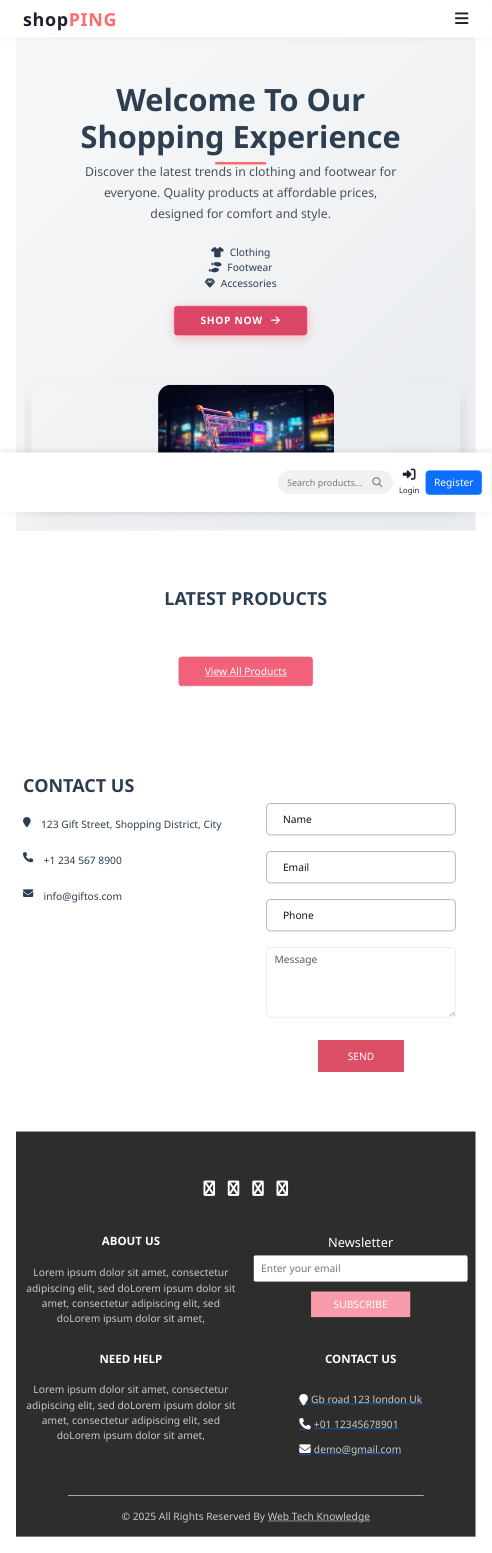
Repository: hahuuchinh2501/ecommerce_project
Page: http://localhost/
An editor plug-in stored every save of this project. The page is shown before and after the next save, followed by the edit.
The browser window is 768 px wide. The pictures show the whole page, at 64% of full size.
The page is served by the project's Laravel application, run on PHP 8.4 with Laravel 12. Other server files are loaded and not shown. Queries for data that is not in the repository find no rows.

Above is the page before, as saved 2025-04-09 15:52:50.

### routes/web.php
<?php

use App\Http\Controllers\AdminController;
use App\Http\Controllers\ProfileController;
use App\Http\Controllers\ShopController;
use Illuminate\Support\Facades\Route;

use App\Http\Controllers\HomeController;

route::get('/',[HomeController::class,'home']);

route::get('/dashboard',[HomeController::class,'login_home'])->middleware(['auth', 'verified'])->name('dashboard');

Route::get('/myorders', [HomeController::class, 'myorders'])->middleware(['auth', 'verified']);

// Route::get('/dashboard', function () {
//     return view('home.index');
// })->middleware(['auth', 'verified'])->name('dashboard');

Route::middleware('auth')->group(function () {
    Route::get('/profile', [ProfileController::class, 'edit'])->name('profile.edit');
    Route::patch('/profile', [ProfileController::class, 'update'])->name('profile.update');
    Route::delete('/profile', [ProfileController::class, 'destroy'])->name('profile.destroy');
});

require __DIR__.'/auth.php';


route::get('admin/dashboard',[HomeController::class,'index'])->middleware(['auth','admin']);

route::get('view_category',[AdminController::class,'view_category'])->middleware(['auth','admin']);

route::post('add_category',[AdminController::class,'add_category'])->middleware(['auth','admin']);

route::get('delete_category/{id}',[AdminController::class,'delete_category'])->middleware(['auth','admin']);

route::get('edit_category/{id}',[AdminController::class,'edit_category'])->middleware(['auth','admin']);

route::post('update_category/{id}',[AdminController::class,'update_category'])->middleware(['auth','admin']);



route::get('view_brand',[AdminController::class,'view_brand'])->middleware(['auth','admin']);

route::post('add_brand',[AdminController::class,'add_brand'])->middleware(['auth','admin']);

route::get('delete_brand/{id}',[AdminController::class,'delete_brand'])->middleware(['auth','admin']);

route::get('edit_brand/{id}',[AdminController::class,'edit_brand'])->middleware(['auth','admin']);

route::post('update_brand/{id}',[AdminController::class,'update_brand'])->middleware(['auth','admin']);



route::get('add_product',[AdminController::class,'add_product'])->middleware(['auth','admin']);

route::post('upload_product',[AdminController::class,'upload_product'])->middleware(['auth','admin']);

route::get('view_product',[AdminController::class,'view_product'])->middleware(['auth','admin']);


route::get('delete_product/{id}',[AdminController::class,'delete_product'])->middleware(['auth','admin']);

route::get('update_product/{id}',[AdminController::class,'update_product'])->middleware(['auth','admin']);

route::post('edit_product/{id}',[AdminController::class,'edit_product'])->middleware(['auth','admin']);

route::get('product_search',[AdminController::class,'product_search'])->middleware(['auth','admin']);

Route::get('product_details/{id}', [HomeController::class, 'product_details']);

Route::get('add_cart/{id}', [HomeController::class, 'add_cart'])->middleware(['auth', 'verified']);

Route::post('add_cart/{id}', [HomeController::class, 'add_cart'])->middleware(['auth', 'verified']);

Route::get('mycart', [HomeController::class, 'mycart'])->middleware(['auth', 'verified']);

Route::get('remove_cart/{id}', [HomeController::class, 'remove_cart']);

Route::post('update_cart_quantity/{id}', [HomeController::class, 'update_cart_quantity']);


Route::get('view_shop', [HomeController::class, 'view_shop']);

Route::post('confirm_order', [HomeController::class, 'confirm_order'])->middleware(['auth', 'verified']);

Route::get('view_orders', [AdminController::class, 'view_order'])->middleware(['auth', 'admin']);

Route::get('on_delivery/{id}', [AdminController::class, 'on_delivery'])->middleware(['auth', 'admin']);

Route::get('delivered/{id}', [AdminController::class, 'delivered'])->middleware(['auth', 'admin']);

Route::get('print_pdf/{id}', [AdminController::class, 'print_pdf'])->middleware(['auth', 'admin']);

Route::get('view_users', [AdminController::class, 'view_users'])->middleware(['auth', 'admin']);
Route::get('delete_user/{id}', [AdminController::class, 'delete_user'])->middleware(['auth', 'admin']);

Route::get('delete_order/{id}', [HomeController::class, 'delete_order'])->name('delete_order');

Route::controller(HomeController::class)->group(function(){

    Route::get('stripe/{total}', 'stripe');

    Route::post('stripe', 'stripePost')->name('stripe.post');

});

Route::get('view_contact', [HomeController::class, 'view_contact']);

Route::get('search', [HomeController::class, 'search']);

### app/Models/Product.php
<?php

namespace App\Models;

use Illuminate\Database\Eloquent\Factories\HasFactory;
use Illuminate\Database\Eloquent\Model;

class Product extends Model
{
    use HasFactory;

    protected $fillable = [
        'title',
        'description',
        'price',
        'image1',
        'image2',
        'image3',
        'category_id'
    ];

    public function category()
    {
        return $this->belongsTo(Category::class);
    }
}

### resources/views/home/index.blade.php
<!DOCTYPE html>
<html>

<head>
  @include('home.css')
</head>

<body>
  <div class="hero_area">
    <!-- header section strats -->
   @include('home.header')
    <!-- end header section -->
    <!-- slider section -->
    @include('home.slider')

    <!-- end slider section -->
  </div>
  <!-- end hero area -->

  <!-- shop section -->

    @include('home.product')

  <!-- end shop section -->







  <!-- contact section -->

  @include('home.contact')
  <!-- end contact section -->



  <!-- info section -->

 @include('home.footer')

</body>

</html>

### resources/views/home/header.blade.php
<!DOCTYPE html>
<html lang="en">
<head>
  <meta charset="UTF-8">
  <meta name="viewport" content="width=device-width, initial-scale=1.0">
  <title>shopPING - Fashion Store</title>
  <link href="https://cdnjs.cloudflare.com/ajax/libs/font-awesome/6.0.0-beta3/css/all.min.css" rel="stylesheet">
  @include('home.css')
</head>
<body>
  <header class="header">
    <div class="container">
      <nav class="navbar">
        <div class="brand">
          <a href="{{ url('/') }}" class="logo">shop<span>PING</span></a>
        </div>

        <div class="mobile-toggle">
          <i class="fas fa-bars"></i>
        </div>

        <ul class="nav-menu">
          <li class="nav-item">
            <a href="{{ url('/') }}" class="nav-link">Home</a>
          </li>
          <li class="nav-item dropdown">
            <a href="{{ url('view_shop') }}" class="nav-link">Shop</a>

          </li>

          <li class="nav-item">
            <a href="{{ url('view_contact') }}" class="nav-link">Contact Us</a>
          </li>
        </ul>

        <div class="user-actions">
          @if (Route::has('login'))
            @auth
              <a href="{{ url('myorders') }}" class="action-btn">
                <i class="fas fa-list-ul"></i>
                <span>Orders</span>
              </a>
              <a href="{{ url('mycart') }}" class="action-btn">
                <i class="fas fa-shopping-bag"></i>
                <span>Cart</span>
                <span class="cart-count">{{ $count }}</span>
              </a>
              <form class="search-form" action="{{ url('search') }}" method="GET">
    <input type="text" class="search-input" name="search_text" placeholder="Search products..." required>
    <button type="submit" class="search-btn">
        <i class="fas fa-search"></i>
    </button>
</form>



              <form method="POST" action="{{ route('logout') }}" class="logout-form">
                @csrf
                <button type="submit" class="logout-btn">
                  <i class="fas fa-sign-out-alt"></i>
                  <span>Logout</span>
                </button>
              </form>
              <a style="margin-left: 20px;" href="{{ url('/profile') }}">welcome: {{ Auth::user()->name }}</a>

            @else
              <form class="search-form" action="{{ url('search') }}" method="GET">
    <input type="text" class="search-input" name="search_text" placeholder="Search products..." required>
    <button type="submit" class="search-btn">
        <i class="fas fa-search"></i>
    </button>
</form>

              <a href="{{ url('/login') }}" class="action-btn" style="margin: 10px;">
                <i class="fas fa-sign-in-alt"></i>
                <span>Login</span>
              </a>
              <a href="{{ url('/register') }}" class="btn btn-primary">Register</a>
            @endauth
          @endif
        </div>
      </nav>
    </div>
  </header>

  <script>

    window.addEventListener('scroll', function() {
      const header = document.querySelector('.header');
      if (window.scrollY > 50) {
        header.classList.add('header-scrolled');
      } else {
        header.classList.remove('header-scrolled');
      }
    });


    const mobileToggle = document.querySelector('.mobile-toggle');
    const navMenu = document.querySelector('.nav-menu');

    if (mobileToggle) {
      mobileToggle.addEventListener('click', function() {
        navMenu.classList.toggle('active');
      });
    }


    const dropdowns = document.querySelectorAll('.dropdown');

    dropdowns.forEach(dropdown => {
      dropdown.addEventListener('click', function(e) {
        if (window.innerWidth < 992) {
          e.preventDefault();
          this.classList.toggle('active');
        }
      });
    });
  </script>
</body>
</html>

### resources/views/home/slider.blade.php
<!DOCTYPE html>
<html lang="en">
<head>
  <meta charset="UTF-8">
  <meta name="viewport" content="width=device-width, initial-scale=1.0">
  <title>Enhanced Shopping Slider</title>
  <link href="https://cdnjs.cloudflare.com/ajax/libs/font-awesome/6.4.0/css/all.min.css" rel="stylesheet">
  <link href="https://cdnjs.cloudflare.com/ajax/libs/bootstrap/5.3.0/css/bootstrap.min.css" rel="stylesheet">
  <style>
    :root {
      --primary-color: #ff6b6b;
      --secondary-color: #546de5;
      --text-color: #2c3e50;
      --light-color: #f8f9fa;
    }

    body {
      font-family: 'Segoe UI', Tahoma, Geneva, Verdana, sans-serif;
      color: var(--text-color);
    }

    .slider_section {
      padding-top: 70px;
      background: linear-gradient(135deg, #f8f9fa 0%, #e9ecef 100%);
      min-height: 90vh;
      display: flex;
      align-items: center;
    }

    .detail-box {
      padding: 2rem 1rem 2rem 3rem;
    }

    .detail-box h1 {
      font-size: 3.5rem;
      font-weight: 700;
      margin-bottom: 1.5rem;
      color: var(--text-color);
      line-height: 1.2;
      position: relative;
    }

    .detail-box h1::after {
      content: '';
      position: absolute;
      left: 0;
      bottom: -15px;
      height: 4px;
      width: 80px;
      background-color: var(--primary-color);
      border-radius: 2px;
    }

    .detail-box p {
      font-size: 1.2rem;
      line-height: 1.7;
      color: #495057;
      margin-bottom: 2rem;
      max-width: 500px;
    }

    .detail-box a {
      display: inline-block;
      padding: 12px 30px;
      background-color: var(--primary-color);
      color: white;
      text-decoration: none;
      border-radius: 30px;
      font-weight: 600;
      letter-spacing: 1px;
      transition: all 0.3s ease;
      box-shadow: 0 5px 15px rgba(255, 107, 107, 0.4);
    }

    .detail-box a:hover {
      background-color: var(--secondary-color);
      transform: translateY(-3px);
      box-shadow: 0 8px 20px rgba(84, 109, 229, 0.5);
    }

    .img-box {
      position: relative;
      overflow: hidden;
      border-radius: 20px;
      box-shadow: 0 15px 30px rgba(0, 0, 0, 0.1);
    }

    .img-box img {
      width: 100%;
      height: auto;
      transition: transform 0.5s ease;
      object-fit: cover;
      border-radius: 20px;
    }

    .img-box:hover img {
      transform: scale(1.05);
    }



    .category-badge:hover {
      background-color: var(--primary-color);
      color: white;
    }

    .category-badge i {
      margin-right: 5px;
    }

    .scroll-down {
      position: absolute;
      bottom: 30px;
      left: 50%;
      transform: translateX(-50%);
      display: flex;
      flex-direction: column;
      align-items: center;
      color: var(--text-color);
      animation: bounce 2s infinite;
    }

    @keyframes bounce {
      0%, 20%, 50%, 80%, 100% {
        transform: translateY(0) translateX(-50%);
      }
      40% {
        transform: translateY(-15px) translateX(-50%);
      }
      60% {
        transform: translateY(-10px) translateX(-50%);
      }
    }

    @media (max-width: 992px) {
      .detail-box h1 {
        font-size: 2.8rem;
      }

      .slider_section {
        padding-top: 50px;
        min-height: auto;
      }
    }

    @media (max-width: 768px) {
      .detail-box {
        padding: 2rem 1rem;
        text-align: center;
        order: 2;
      }

      .detail-box h1 {
        font-size: 2.5rem;
      }

      .detail-box h1::after {
        left: 50%;
        transform: translateX(-50%);
      }

      .detail-box p {
        margin: 0 auto 2rem auto;
      }

      .img-box {
        margin-bottom: 2rem;
        order: 1;
      }

      .category-badges {
        justify-content: center;
      }
    }
  </style>
</head>
<body>
  <section class="slider_section">
    <div class="container">
      <div id="carouselExampleIndicators" class="carousel slide" data-bs-ride="carousel">
        <div class="carousel-inner">
          <div class="carousel-item active">
            <div class="container">
              <div class="row align-items-center">
                <div class="col-lg-7 col-md-12">
                  <div class="detail-box">
                    <h1>Welcome To Our <br>Shopping Experience</h1>
                    <p>Discover the latest trends in clothing and footwear for everyone. Quality products at affordable prices, designed for comfort and style.</p>

                    <div class="category-badges">
                      <div class="category-badge">
                        <i class="fas fa-tshirt"></i> Clothing
                      </div>
                      <div class="category-badge">
                        <i class="fas fa-shoe-prints"></i> Footwear
                      </div>
                      <div class="category-badge">
                        <i class="fas fa-gem"></i> Accessories
                      </div>
                    </div>

                    <a href="{{ url('view_shop') }}" class="mt-4">Shop Now <i class="fas fa-arrow-right ms-2"></i></a>
                  </div>
                </div>
                <div class="col-lg-5 col-md-12">
                  <div class="img-box">
                    <img src="/images/image3.jpeg" alt="Fashion Collection" />
                  </div>
                </div>
              </div>
            </div>
          </div>
        </div>
      </div>
    </div>
    <div class="scroll-down">
      <span>Scroll Down</span>
      <i class="fas fa-chevron-down mt-2"></i>
    </div>
  </section>

  <script src="https://cdnjs.cloudflare.com/ajax/libs/bootstrap/5.3.0/js/bootstrap.bundle.min.js"></script>
</body>
</html>

### resources/views/home/product.blade.php
 <section class="shop_section layout_padding">
    <div class="container">
      <div class="heading_container heading_center">
        <h2>
          Latest Products
        </h2>
      </div>
      <div class="row">
        @foreach($product as $products )


        <div class="col-sm-6 col-md-4 col-lg-3">
          <div class="box">

              <div class="img-box">
                <img src="products/{{ $products->image1 }}" alt="">
              </div>
              <div class="detail-box">
                <h6>
                  {{ $products->title }}
                </h6>
                <h6>
                  Price
                  <span>
                    {{ $products->price }}
                  </span>
                </h6>
              </div>

            <div style="padding:15px">
              <a class="btn btn-dark" style="color: white" href="{{ url('product_details', $products->id) }}">
                Details
              </a>
               <a class="btn btn-white" style="border: 1px solid " href="{{ url('add_cart', $products->id) }}">
                add cart
              </a>
          </div>
          </div>
        </div>
        @endforeach
        </div>
      </div>
      <div class="btn-box">
        <a href="{{ url('view_shop') }}">
          View All Products
        </a>
      </div>
    </div>
  </section>

### resources/views/home/contact.blade.php
<section class="contact_section py-5">
  <div class="container">
    <div class="row">
      <div class="col-md-6">
        <div class="heading_container mb-4">
          <h2>Contact Us</h2>
        </div>
        <div class="contact_info">
          <div class="info_item d-flex mb-3">
            <i class="fa fa-map-marker mr-3" aria-hidden="true"></i>
            <p>123 Gift Street, Shopping District, City</p>
          </div>
          <div class="info_item d-flex mb-3">
            <i class="fa fa-phone mr-3" aria-hidden="true"></i>
            <p>+1 234 567 8900</p>
          </div>
          <div class="info_item d-flex mb-3">
            <i class="fa fa-envelope mr-3" aria-hidden="true"></i>
            <p>info@giftos.com</p>
          </div>
        </div>
      </div>
      <div class="col-md-6">
        <form action="#">
          <div class="form-group">
            <input type="text" class="form-control" placeholder="Name" required />
          </div>
          <div class="form-group">
            <input type="email" class="form-control" placeholder="Email" required />
          </div>
          <div class="form-group">
            <input type="text" class="form-control" placeholder="Phone" />
          </div>
          <div class="form-group">
            <textarea class="form-control" rows="4" placeholder="Message" required></textarea>
          </div>
          <button type="submit" class="btn btn-primary">SEND</button>
        </form>
      </div>
    </div>
  </div>
</section>

### resources/views/home/footer.blade.php
<section class="info_section  layout_padding2-top">
    <div class="social_container">
      <div class="social_box">
        <a href="">
          <i class="fa fa-facebook" aria-hidden="true"></i>
        </a>
        <a href="">
          <i class="fa fa-twitter" aria-hidden="true"></i>
        </a>
        <a href="">
          <i class="fa fa-instagram" aria-hidden="true"></i>
        </a>
        <a href="">
          <i class="fa fa-youtube" aria-hidden="true"></i>
        </a>
      </div>
    </div>
    <div class="info_container ">
      <div class="container">
        <div class="row">
          <div class="col-md-6 col-lg-3">
            <h6>
              ABOUT US
            </h6>
            <p>
              Lorem ipsum dolor sit amet, consectetur adipiscing elit, sed doLorem ipsum dolor sit amet, consectetur adipiscing elit, sed doLorem ipsum dolor sit amet,
            </p>
          </div>
          <div class="col-md-6 col-lg-3">
            <div class="info_form ">
              <h5>
                Newsletter
              </h5>
              <form action="#">
                <input type="email" placeholder="Enter your email">
                <button>
                  Subscribe
                </button>
              </form>
            </div>
          </div>
          <div class="col-md-6 col-lg-3">
            <h6>
              NEED HELP
            </h6>
            <p>
              Lorem ipsum dolor sit amet, consectetur adipiscing elit, sed doLorem ipsum dolor sit amet, consectetur adipiscing elit, sed doLorem ipsum dolor sit amet,
            </p>
          </div>
          <div class="col-md-6 col-lg-3">
            <h6>
              CONTACT US
            </h6>
            <div class="info_link-box">
              <a href="">
                <i class="fa fa-map-marker" aria-hidden="true"></i>
                <span> Gb road 123 london Uk </span>
              </a>
              <a href="">
                <i class="fa fa-phone" aria-hidden="true"></i>
                <span>+01 12345678901</span>
              </a>
              <a href="">
                <i class="fa fa-envelope" aria-hidden="true"></i>
                <span> demo@gmail.com</span>
              </a>
            </div>
          </div>
        </div>
      </div>
    </div>
    <!-- footer section -->
    <footer class=" footer_section">
      <div class="container">
        <p>
          &copy; <span id="displayYear"></span> All Rights Reserved By
          <a href="https://html.design/">Web Tech Knowledge</a>
        </p>
      </div>
    </footer>
    <!-- footer section -->

  </section>

  <!-- end info section -->


  <script src="{{asset('js/jquery-3.4.1.min.js') }}"></script>
  <script src="{{asset('js/bootstrap.js') }}"></script>
  <script src="https://cdnjs.cloudflare.com/ajax/libs/OwlCarousel2/2.3.4/owl.carousel.min.js">
  </script>
  <script src="{{asset('js/custom.js') }}"></script>

### public/css/responsive.css
@media (max-width: 1120px) {
    .saving_section .detail-box {
        padding: 0;
    }
}

@media (max-width: 992px) {
    .user_option {
        justify-content: center;
        margin-left: 0;
        margin-top: 10px;

    }

    .custom_nav-container {
        flex-direction: row;
    }

    .custom_nav-container .navbar-nav {
        align-items: center;
    }

    #navbarSupportedContent .navbar-nav .nav-link {
        margin: 5px 0;
    }

    .slider_section .detail-box {
        padding-left: 0;
    }

    .slider_section .detail-box h1 {
        font-size: 3rem;
    }

    .slider_section .img-box {
        padding: 0;
    }

    .saving_section .row {
        flex-direction: column-reverse;
    }

    .saving_section .detail-box {

        margin-bottom: 30px;
    }

    .client_section .box {
        margin: 15px 25px;
    }

    .client_section .carousel_btn-box {
        display: flex;
        justify-content: center;
        margin-top: 45px;
    }

    .client_section .carousel-control-prev,
    .client_section .carousel-control-next {
        position: unset;
        margin: 0 2.5px;
        width: 45px;
        height: 45px;
    }
}

@media (max-width: 768px) {
    .hero_area {
        padding: 0 25px;
    }

    .slider_section .img-box {
        margin-bottom: 45px;
    }

    .saving_section,
    .gift_section {
        padding-left: 25px;
        padding-right: 25px;
    }

    .gift_section .box {
        padding: 45px 0;
    }

    .gift_section .img-box {
        padding: 0 15px;
        margin-bottom: 45px;
    }

    .info_section .row>div {
        text-align: center;
        display: flex;
        flex-direction: column;
        align-items: center;

    }

    .info_section {
        margin: 0 25px 25px;
    }


}

@media (max-width: 576px) {
    .contact_section {
        padding-left: 25px;
        padding-right: 25px;
    }
}

@media (max-width: 480px) {

    .saving_section .detail-box,
    .gift_section .detail-box {
        padding: 0 5px;
    }
}

@media (max-width: 420px) {}

@media (max-width: 376px) {}

@media (min-width: 1200px) {
    .container {
        max-width: 1170px;
    }
}

Loaded but not shown: app/Providers/AppServiceProvider.php (common file); routes/auth.php (common file); app/Http/Controllers/Auth/EmailVerificationPromptController.php (common file); app/Http/Controllers/Controller.php (common file); app/Http/Controllers/Auth/VerifyEmailController.php (common file); public/css/bootstrap.css (library); public/js/jquery-3.4.1.min.js (library); public/js/bootstrap.js (library); public/js/custom.js (common file); public/css/font-awesome.min.css (library); public/css/style.css (856 lines, source omitted); resources/views/home/css.blade.php (421 lines, source omitted); app/Http/Controllers/HomeController.php (308 lines, source omitted)

After the next save:
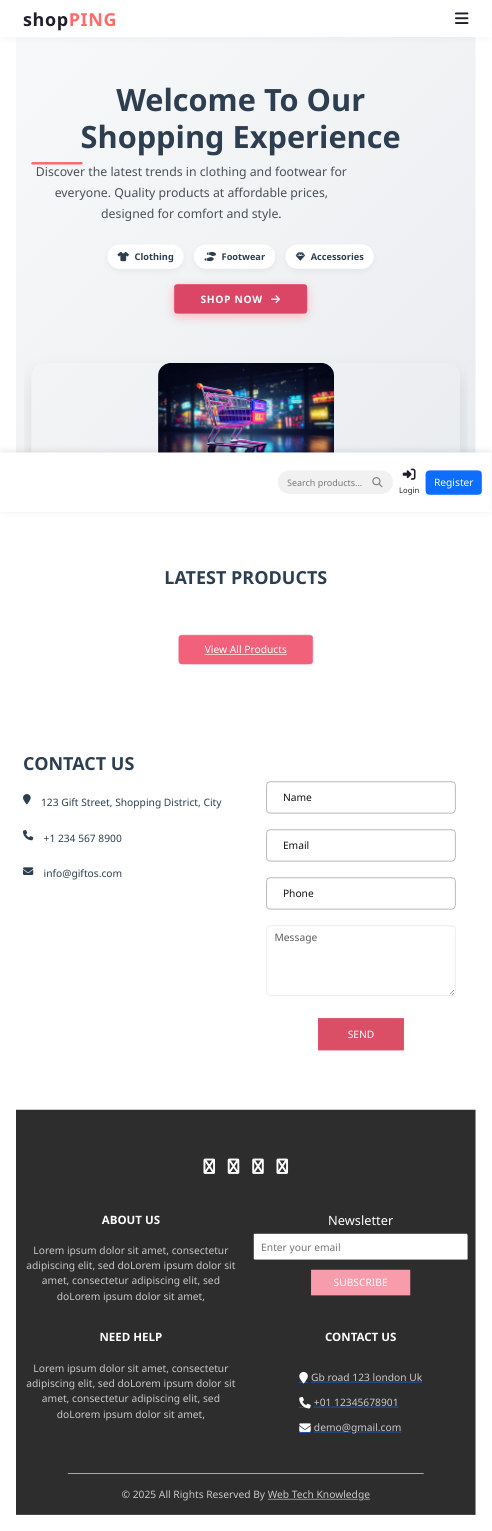
Saved 18 s later.
--- a/resources/views/home/slider.blade.php
+++ b/resources/views/home/slider.blade.php
@@ -97,7 +97,24 @@
       transform: scale(1.05);
     }
 
-
+    .category-badges {
+      margin-top: 2rem;
+      display: flex;
+      flex-wrap: wrap;
+      gap: 1rem;
+    }
+
+    .category-badge {
+      padding: 8px 16px;
+      background-color: white;
+      border-radius: 20px;
+      font-weight: 600;
+      color: var(--text-color);
+      font-size: 0.9rem;
+      box-shadow: 0 4px 10px rgba(0, 0, 0, 0.05);
+      transition: all 0.3s ease;
+      cursor: pointer;
+    }
 
     .category-badge:hover {
       background-color: var(--primary-color);
@@ -150,23 +167,7 @@
         order: 2;
       }
 
-      .detail-box h1 {
-        font-size: 2.5rem;
-      }
-
-      .detail-box h1::after {
-        left: 50%;
-        transform: translateX(-50%);
-      }
-
-      .detail-box p {
-        margin: 0 auto 2rem auto;
-      }
-
-      .img-box {
-        margin-bottom: 2rem;
-        order: 1;
-      }
+
 
       .category-badges {
         justify-content: center;
